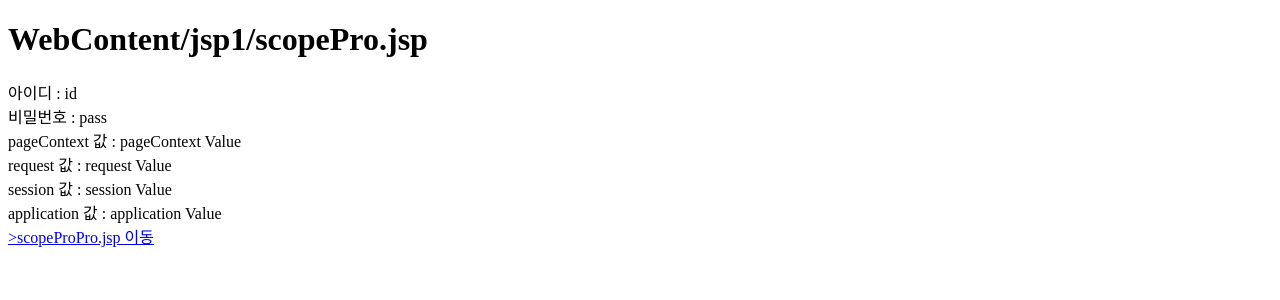
Repository: ReadStar/workspace_jsp
Page: http://localhost/StudyJSP/jsp1/scopePro.jsp
These files come from the project's save history. The page is drawn as it stood at one moment and after a run of saves; the edit follows.
The browser window is 1280 px wide. The pictures show the whole page.
The page is served by Tomcat 9.

Above is the page before, as saved 2020-08-13 01:47:17.

After the next 2 saves:
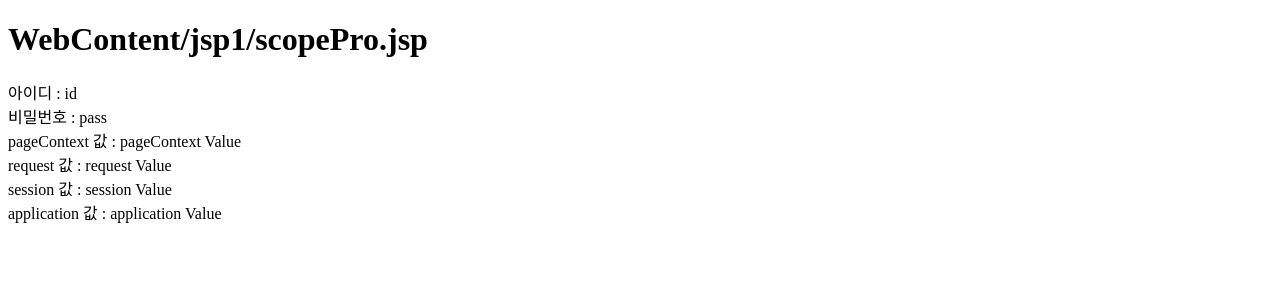
The 2 saves are shown as one change because they came seconds apart.
The last was saved 10 s later.
--- a/StudyJSP/WebContent/jsp1/scopePro.jsp
+++ b/StudyJSP/WebContent/jsp1/scopePro.jsp
@@ -33,7 +33,7 @@ pageContext 값 : <%=pageContext.getAttribute("page") %><br>
 request 값 : <%=request.getAttribute("req") %><br>
 session 값 : <%=session.getAttribute("ses") %><br>
 application 값 : <%=application.getAttribute("app") %><br>
-<a href="scopeProPro.jsp?id=<%=id%>"&"pass=<%=pass%> %>>scopeProPro.jsp 이동</a>
+<a href="scopeProPro.jsp?id=<%=id%>"&"pass=<%=pass%>scopeProPro.jsp 이동</a>
 <%-- <a href="scopeProPro.jsp?pass=<%=pass%>">scopeProPro.jsp이동</a> --%>
 <script type = "text/javascript">
 // 	alert("scopeProPro.jsp로 이동");
